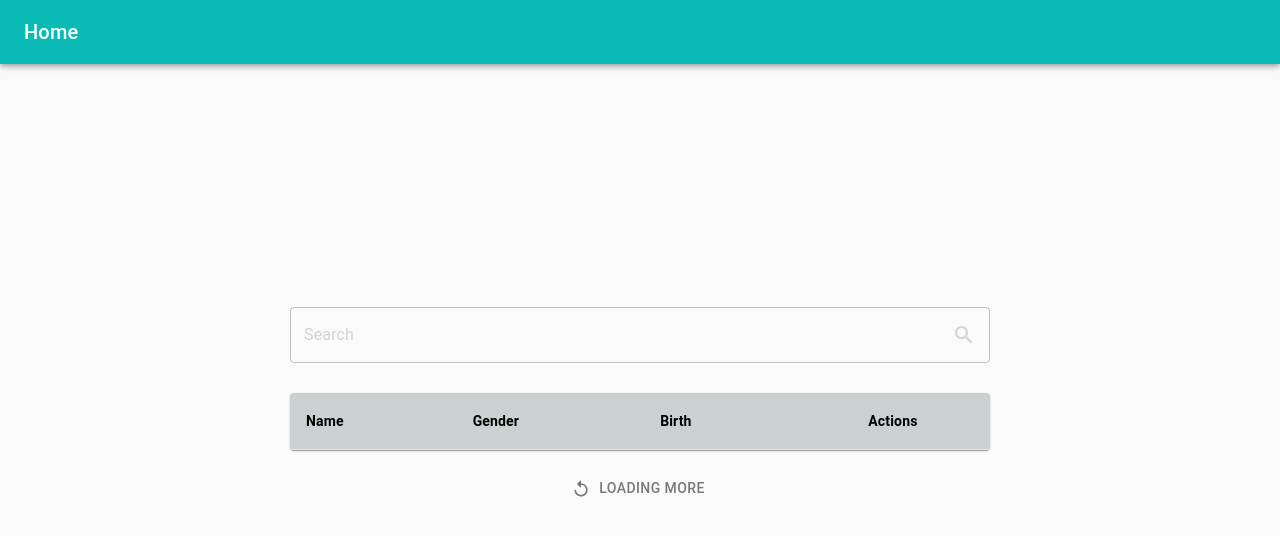
Repository: GabrielBrandaoProjetos/patient-manager
Page: /
The author's editor kept a copy of each file at every save. The page is drawn from the files as they stood at one save, then again after the next save.
The browser window is 1280 px wide. The pictures show the whole page.
The page's requests for data from a server got no answer. The project was rebuilt for these pictures with package versions that can differ from the ones it lists, and the page was loaded fresh each time. No one was signed in, and anything a server would have sent is missing. Also part of the build but not shown: src/components/Modal/PatientModal.style.ts, src/components/Modal/PatientModal.tsx, src/components/InfiniteScroll/InfiniteScroll.tsx.

Above is the page before, as saved 2021-09-17 03:30:17.

### public/index.html
<!DOCTYPE html>
<html lang="en">
  <head>
    <meta charset="utf-8" />
    <meta name="viewport" content="minimum-scale=1, width=device-width, initial-scale=1" />
    <meta name="theme-color" content="#000000" />

    <title>React App</title>
  </head>
  <body>
    <noscript>You need to enable JavaScript to run this app.</noscript>
    <div id="root"></div>
  </body>
</html>

### src/App.tsx
import React from 'react';
import { CssBaseline } from '@material-ui/core';
import { Home } from './pages/Home/Home';
import { TableProvider } from './contexts/TableContext';


function App() {
  return (
    <>
    <TableProvider>
      <CssBaseline />
      <Home />
    </TableProvider>
    </>
  );
}

export default App;

### src/pages/Home/Home.tsx
import React, { useRef, useState } from 'react';
import { AppBar, Button, FormControl, InputAdornment, InputLabel, OutlinedInput, Paper, Table, TableBody, TableCell, TableContainer, TableHead, TableRow, Toolbar, Typography } from '@material-ui/core';
import {Search, ReplayRounded} from '@material-ui/icons';
import { useTableContext } from '../../contexts/TableContext';
import PatientModal, { ModalHandles} from '../../components/Modal/PatientModal';
import {BrowserRouter as Router, Route, Switch, Link} from "react-router-dom"
import {InfiniteScroll} from '../../components/InfiniteScroll/InfiniteScroll'

import { useStyles } from './Home.style';


interface Patient {
  id:{
    value: string;
  }
  login:{
    uuid: string;
  }
  name: {
    title: string;
    first: string;
    last: string;
  }
  gender: string;
  dob: {
    age: number;
  }
}

export const Home = () => {
  const classes = useStyles();

  const {patients, resultSearch, loadingMore, filterByString, handlePatientDetails} = useTableContext()
  const [loading, setLoading] = useState(false)
  const modalRef = useRef<ModalHandles>(null)

  function handleChange(value: string) {
    filterByString(value.trim())
  }

  function handleOpenModal(patient: Object) {
    handlePatientDetails(patient)
    modalRef.current?.openModal()
  }

  function fetchMore() {
    setLoading(true)
    loadingMore()
  }

  return(
    <Router>
    <div className={classes.root}>
      <AppBar className={classes.header}>
        <Toolbar>
          <Typography variant="h6" className={classes.title}>
            Home
          </Typography>
        </Toolbar>
      </AppBar>

      <FormControl className={classes.form} variant="outlined">
        <InputLabel className={classes.inputLabel} htmlFor="outlined-adornment-search">Search</InputLabel>
        <OutlinedInput
          classes={{root: classes.outlinedInput}}
          id="outlined-adornment-search"
          type="search"
          onChange={(e) => handleChange(e.target.value)}
          endAdornment={
            <InputAdornment position="end">
              <Search className={classes.search}/>
            </InputAdornment>
          }
          labelWidth={70}
        />
      </FormControl>

      <TableContainer component={Paper} className={classes.tableContainer}>
        <Table aria-label="simple table" id="table">
          <TableHead>
            <TableRow className={classes.row}>
              <TableCell className={classes.cellHeader}>Name</TableCell>
              <TableCell className={classes.cellHeader}>Gender</TableCell>
              <TableCell className={classes.cellHeader}>Birth</TableCell>
              <TableCell align="center" className={classes.cellHeader}>Actions</TableCell>
            </TableRow>
          </TableHead>
          <TableBody>
            {resultSearch.length > 0 ? (
              resultSearch.map((patient: Patient) => (
                <TableRow key={patient.login.uuid} className={classes.rowBody}>
                  <TableCell component="th" className={classes.cellBody}>
                    {patient.name.title}. {patient.name.first} {patient.name.last}
                  </TableCell>
                  <TableCell className={classes.cellBody}>{patient.gender}</TableCell>
                  <TableCell className={classes.cellBody}>{patient.dob.age}</TableCell>
                  <TableCell align="center" className={classes.actions}>
                    <Button
                      variant="contained"
                      disableElevation
                      className={classes.buttonShow}
                      onClick={handleOpenModal}
                    >
                      show
                    </Button>
                  </TableCell>
                </TableRow>
              ))
            ) : (
              patients.map((patient: Patient) => (
                <TableRow key={patient.login.uuid} className={classes.rowBody}>
                  <TableCell component="th" className={classes.cellBody}>
                    {patient.name.title}. {patient.name.first} {patient.name.last}
                  </TableCell>
                  <TableCell className={classes.cellBody}>{patient.gender}</TableCell>
                  <TableCell className={classes.cellBody}>{patient.dob.age}</TableCell>
                  <TableCell align="center" className={classes.actions}>
                    <Link to={patient?.id?.value} className={classes.link}>
                      <Button
                        variant="contained"
                        disableElevation
                        className={classes.buttonShow}
                        onClick={() => handleOpenModal(patient)}
                      >
                        show
                      </Button>
                    </Link>
                  </TableCell>
                </TableRow>

              ))
            )}
          </TableBody>
          {patients.length > 0 && (
            <InfiniteScroll fetchMore={fetchMore}/>
          )}
        </Table>
      </TableContainer>

      <Button
        className={classes.buttonLoading}
        startIcon={<ReplayRounded/>}
        onClick={loadingMore}
      >
        Loading more
      </Button>
      <Switch>
        <Route path="/:id">
          <PatientModal ref={modalRef}/>
        </Route>
      </Switch>
    </div>
    </Router>
  )
}

### src/contexts/TableContext.tsx
import { createContext, useContext, useEffect, useState } from "react";
import { searchPatients } from "../services/api";

interface TableContextData{
	patients: any[]
  patientDetails: any
  resultSearch: any[]
  loadingMore: () => void
  filterByString: (value: string) => void
  handlePatientDetails: (patient: Object) => void
  getPatientByID: (id: string) => void
}

const TableContext = createContext<TableContextData>({} as TableContextData)

export const TableProvider: React.FC = ({children}) => {
  const [patients, setPatients] = useState<any[]>([])
  const [patientDetails, setPatientDetails] = useState<any>(null)
  const [resultSearch, setResultSearch] = useState<any[]>([])
  const [page, setPage] = useState(0)

  useEffect(() => {
    handleSearchPatients()
  }, [])

  async function handleSearchPatients() {
    const {results, info} = await searchPatients(page)
    setPatients(results)
    setPage(info.page)
  }

  async function loadingMore() {
    const {results, info} = await searchPatients(page+1)
    setPatients([...patients, ...results])
    setPage(info.page)
  }

  function filterByString(value: string) {
    const newList = patients.filter((patient) => {
      const name = patient.name.first
      if(name.includes(value, 0)){
        return true
      }else{
        return false
      }
    })
    setResultSearch(newList)
  }

  function handlePatientDetails(patient: Object) {
    setPatientDetails(patient)
  }

  async function getPatientByID(id: string){
    patients.forEach((patient) => {
      if(patient.id.value === id){
        setPatientDetails(patient)
      }
    })
  }

  return (
    <TableContext.Provider value={{
      patients,
      patientDetails,
      resultSearch,
      loadingMore,
      filterByString,
      handlePatientDetails,
      getPatientByID
    }}>
      {children}
    </TableContext.Provider>
  )
}

export function useTableContext(){
	const context = useContext(TableContext)
	return context
}

### src/pages/Home/Home.style.ts
import { createStyles, makeStyles, Theme } from '@material-ui/core/styles';


export const useStyles = makeStyles((theme: Theme) =>
createStyles({
  root: {
    width: '100vw',
    height: '100vh',
    display: 'flex',
    flexDirection: 'column',
    alignItems: 'center',
    justifyContent: 'center',
    padding: "0 16px"
  },
  header: {
    backgroundColor: "#0abab5"
  },
  title: {
    flexGrow: 1,
  },
  form: {
    maxWidth: 700,
    width: "100%",
    marginTop: 94,
  },
  inputLabel: {
    color: "#d2d2d2"
  },
  outlinedInput: {

  },
  search: {
    color: "#d2d2d2",
  },
  tableContainer: {
    maxWidth: 700,
    width: "100%",

    marginTop: 30,
    marginBottom: 20,
    backgroundColor: "#fafafa",
  },
  row: {
    color: "black",
    background: "#cbd0d0",
  },
  rowBody: {
    '&:nth-of-type(odd)': {
      backgroundColor: "#f2f2f2",
    }
  },
  cellHeader: {
    color: "black",
    fontWeight: "bold",
  },
  cellBody: {
    color: "black",
  },
  actions: {
    padding: 0
  },
  link:{
    textDecoration: "none"
  },
  buttonShow: {
    padding: "4px 16px",
    textTransform: "none",
    background: "#0abab5",
    color: "white",
  },
  buttonLoading: {
    color: "#78797a",
  },
}),
);

### src/services/api.ts
import axios from 'axios';

const api = axios.create({
    baseURL: 'https://randomuser.me/api/',
})


export async function searchPatients(page: number){
  const response = await api.get(`?seed=test&results=50&page=${page}`)
  return response.data
}

Loaded but not shown: src/index.tsx (common file); src/reportWebVitals.ts (common file)

After the next save:
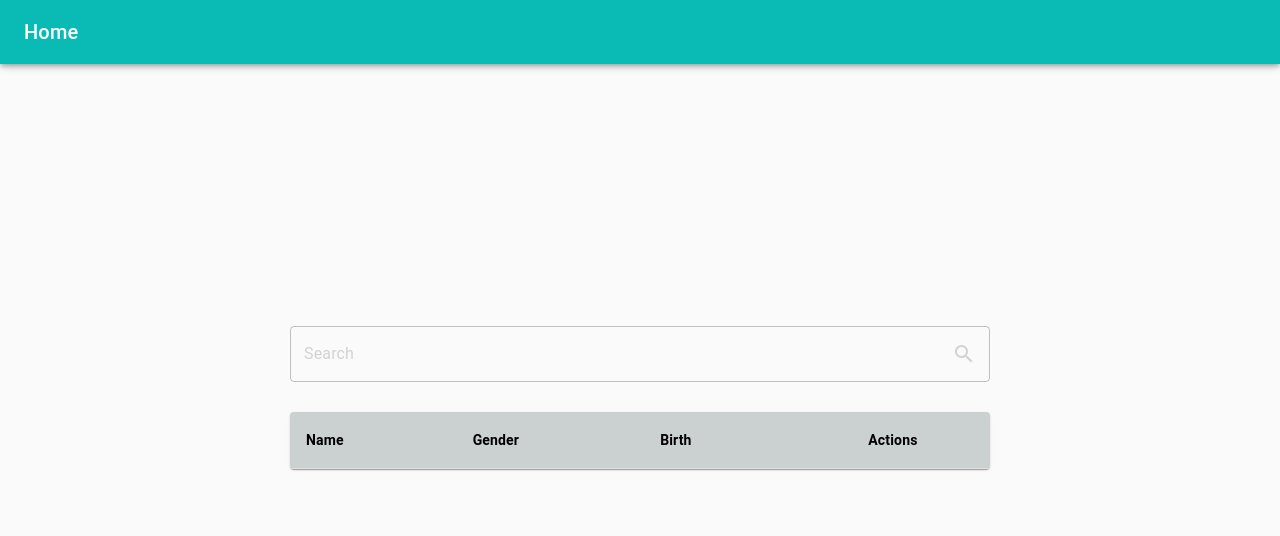
Saved 52 s later.
--- a/src/pages/Home/Home.tsx
+++ b/src/pages/Home/Home.tsx
@@ -137,13 +137,16 @@ export const Home = () => {
         </Table>
       </TableContainer>
 
-      <Button
-        className={classes.buttonLoading}
-        startIcon={<ReplayRounded/>}
-        onClick={loadingMore}
-      >
-        Loading more
-      </Button>
+      {loading && (
+        <Button
+          className={classes.buttonLoading}
+          startIcon={<ReplayRounded/>}
+          onClick={loadingMore}
+        >
+          Loading more
+        </Button>
+      )}
+
       <Switch>
         <Route path="/:id">
           <PatientModal ref={modalRef}/>
